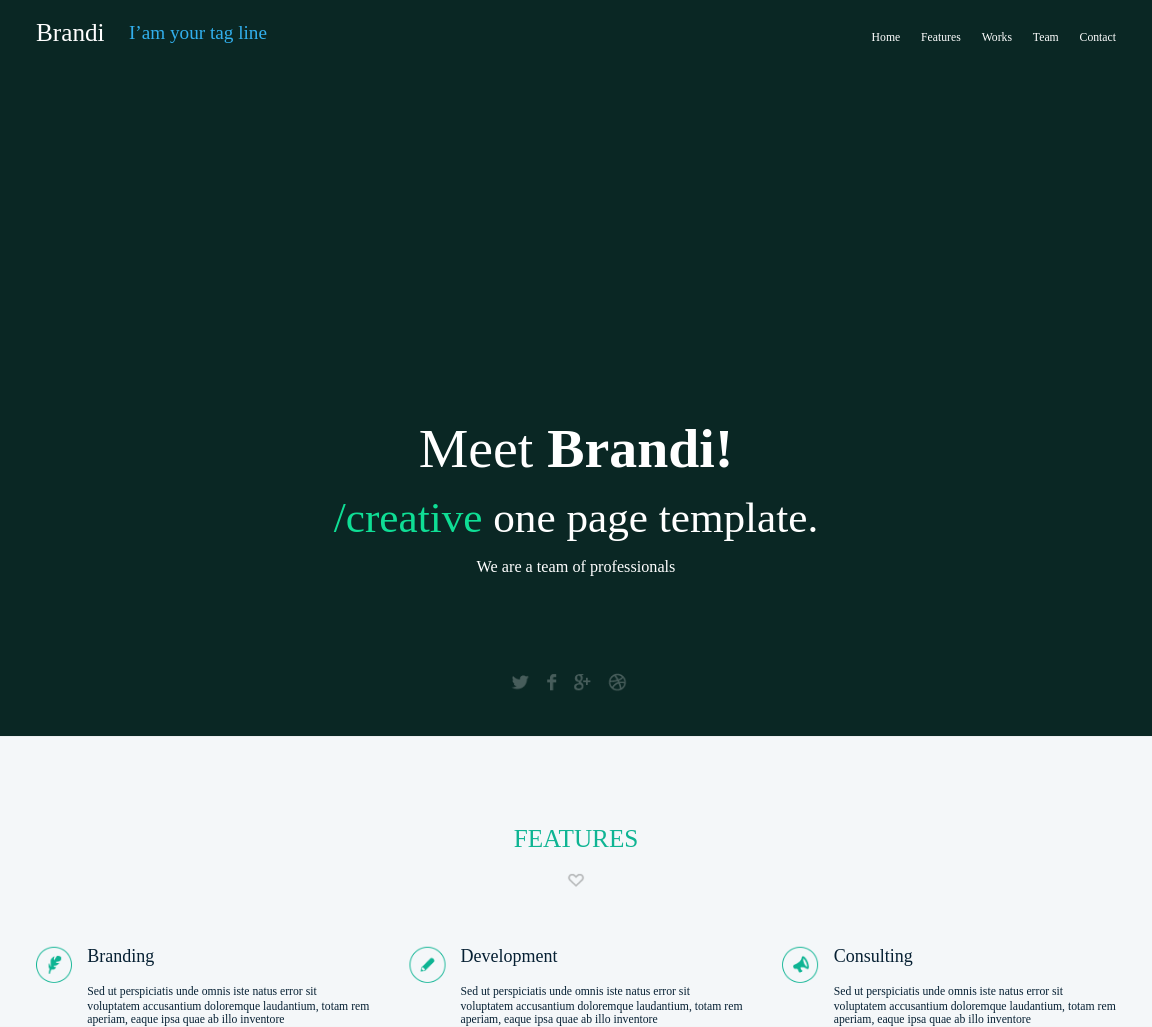
Repository: iravakilova/Brandi
Page: app/index.html
The author's editor kept a copy of each file at every save. The page is drawn from the files as they stood at one save, then again after the next save.
The browser window is 1280 px wide. The pictures show the whole page, at 90% of full size.

Above is the page before, as saved 2020-02-14 22:47:48.

After the next save:
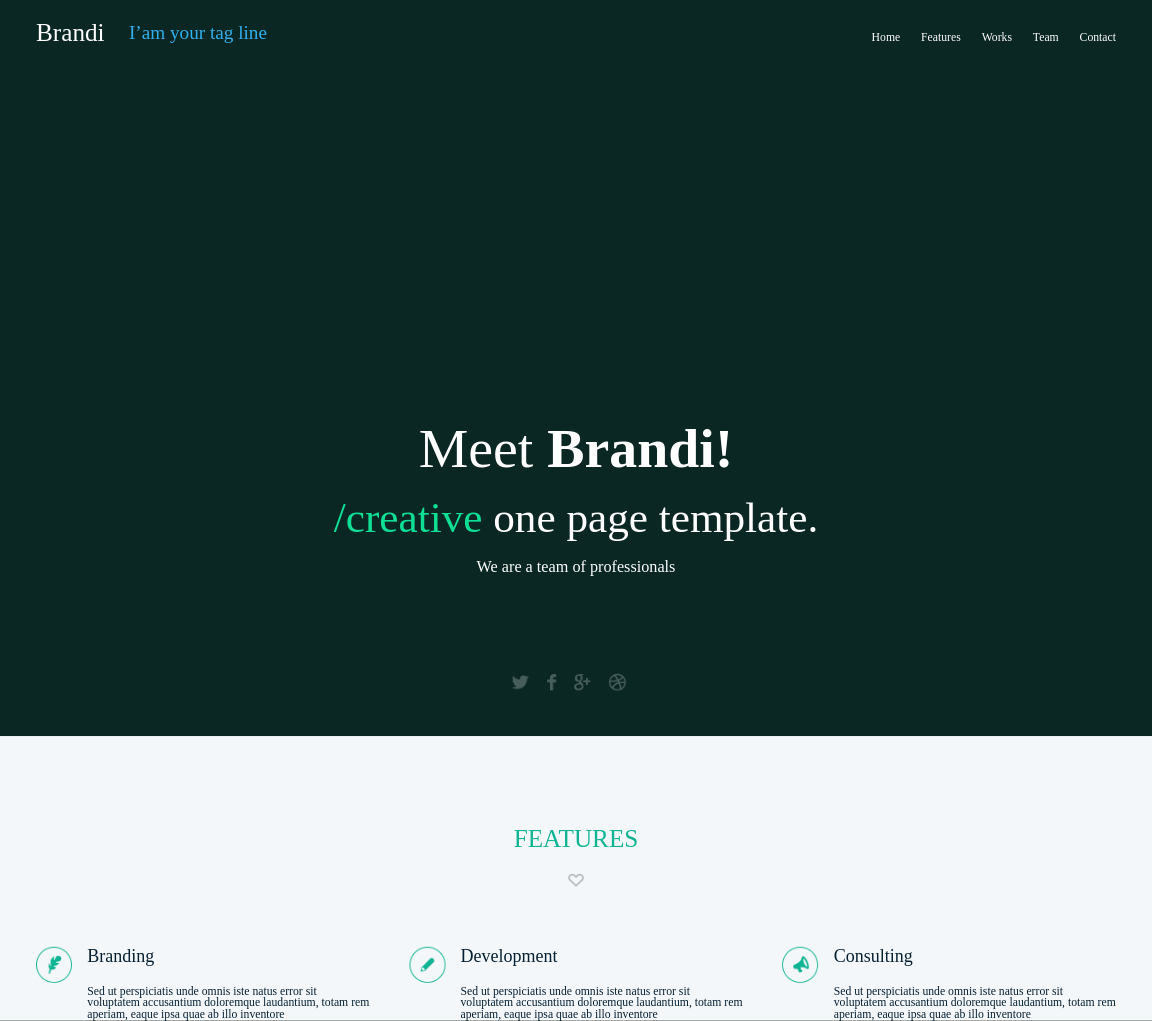
Saved 9 s later.
--- a/app/style.css
+++ b/app/style.css
@@ -124,5 +124,4 @@
     font-family: "OpenSans", "AdobeInvisFont", "MyriadPro-Regular";
     font-size: 13px;
     color: rgba(6, 32, 51, 255);
-    line-height: 1.2;
 }
